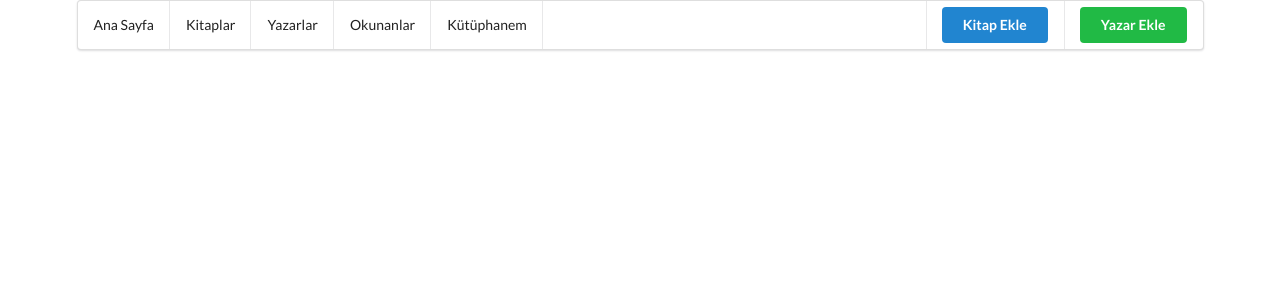
Repository: rizacantire/libraryReactApp
Page: /
An editor plug-in stored every save of this project. The page is shown before and after the next save, followed by the edit.
The browser window is 1280 px wide. The pictures show the whole page.
The page's requests for data from a server got no answer. The project was rebuilt for these pictures with package versions that can differ from the ones it lists, and the page was loaded fresh each time. No one was signed in, and anything a server would have sent is missing. Also part of the build but not shown: src/services/authorService.js, src/pages/AuthorList.jsx.

Above is the page before, as saved 2021-08-18 00:28:55.

After the next save:
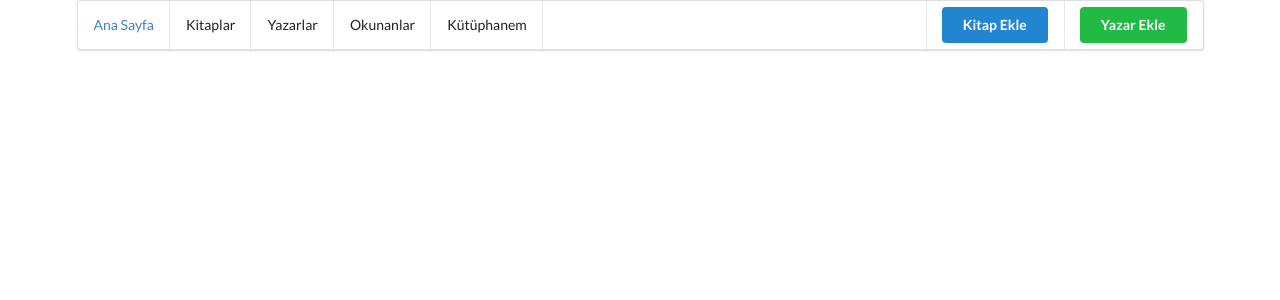
Saved 32 s later.
--- a/src/layouts/Navi.jsx
+++ b/src/layouts/Navi.jsx
@@ -1,10 +1,16 @@
 import { Button, Menu } from "semantic-ui-react";
 import React from "react";
+import { Link } from "react-router-dom";
 
 export default function Navi() {
   return (
     <Menu >
-      <Menu.Item name="home">Ana Sayfa</Menu.Item>
+      <Menu.Item name="home">
+        <Link to={"/"}>
+        Ana Sayfa
+        </Link>
+
+        </Menu.Item>
       <Menu.Item name="kitaplar" />
       <Menu.Item name="yazarlar" />
       <Menu.Item name="okunanlar" />
